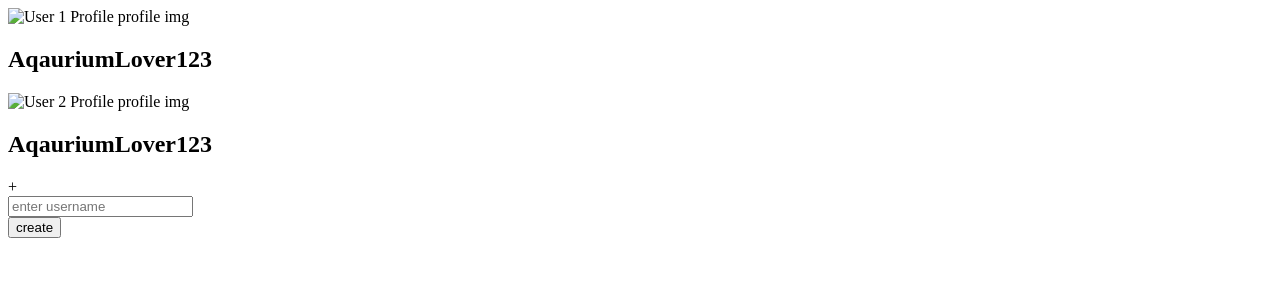
Repository: ChristopherCardoza/Web-1-AquariumManager-Final-Project-2025
Page: AquariumManager/features/profile-selection/profile-selection.html
The author's editor kept a copy of each file at every save. The page is drawn from the files as they stood at one save, then again after the next save.
The browser window is 1280 px wide. The pictures show the whole page.

Above is the page before, as saved 2025-12-23 16:21:01.

### AquariumManager/features/profile-selection/profile-selection.html
<!DOCTYPE html>
<html lang="en">
  <head>
    <meta charset="UTF-8" />
    <meta name="viewport" content="width=device-width, initial-scale=1.0" />
    <title>Profile Selection</title>
    <script
      src="https://code.jquery.com/jquery-3.7.1.min.js"
      integrity="sha256-/JqT3SQfawRcv/BIHPThkBvs0OEvtFFmqPF/lYI/Cxo="
      crossorigin="anonymous"
    ></script>
    <!-- Add styles -->
    <script type="module" defer src="profile-selection.js"></script>
  </head>
  <body>
    <!-- Modal Overlay Look -->
    <div id="profile-selection-modal" class="modal-overlay">
      <div class="profile-selection-container">
        <!-- Card 1: User 1 (Pre-setup Account) -->
        <div class="profile-card" data-profile-id="user-1">
          <div class="profile-image-container">
            <img
              id="user1-profile-img"
              class="profile-image"
              src=""
              alt="User 1 Profile"
            />
            <span class="profile-img">profile img</span>
          </div>
          <h2 class="profile-username" id="user1-username">user 1</h2>
        </div>

        <!-- Card 2: User 2 (Pre-setup Account) -->
        <div class="profile-card" data-profile-id="user-2">
          <div class="profile-image-container">
            <img
              id="user2-profile-img"
              class="profile-image"
              src=""
              alt="User 2 Profile"
            />
            <!-- Fill in images later -->
            <span class="profile-img">profile img</span>
          </div>
          <h2 class="profile-username" id="user2-username">user 2</h2>
        </div>

        <!-- Card 3: Custom User (Form) -->
        <div class="profile-card custom-user-card" id="custom-user-card">
          <div class="custom-user-form">
            <!-- Profile Picture Upload -->
            <div class="profile-image-container">
              <label for="custom-profile-pic" class="profile-upload-label">
                <img
                  id="custom-profile-preview"
                  class="profile-image"
                  src=""
                  alt="Custom Profile"
                  style="display: none"
                />
                <span class="profile-upload">
                  <span class="upload-plus-icon">+</span>
                </span>
                <input
                  type="file"
                  id="custom-profile-pic"
                  name="profilePic"
                  accept="image/*"
                  style="display: none"
                />
              </label>
            </div>
            <!-- Username Input -->
            <div class="username-input-container">
              <input
                type="text"
                id="custom-username"
                class="input username-input"
                placeholder="enter username"
                maxlength="50"
              />
            </div>

            <!-- Create Profile Button -->
            <button
              id="create-custom-profile-btn"
              class="btn btn-primary create-profile-btn"
            >
              create
            </button>
          </div>
        </div>
      </div>
    </div>
  </body>
</html>

### AquariumManager/features/profile-selection/profile-selection.js
import { user1, user2, ProfileById } from "../../constants/profiles.js";

function InitializeProfiles() {
  $("#user1-username").text(user1.username);
  if (user1.profilePic) {
    $("#user1-profile-img").attr("src", user1.profilePic).show();
    $('.profile-card[data-profile-id="user-1"] .profile-img').hide();
  }

  $("#user2-username").text(user2.username);
  if (user2.profilePic) {
    $("#user2-profile-img").attr("src", user2.profilePic).show();
    $('.profile-card[data-profile-id="user-2"] .profile-img').hide();
  }
}


function saveProfileToLocalStorage(profile) {
    try {
        localStorage.setItem('selectedProfile', JSON.stringify(profile));
        console.log('Profile saved to localStorage:', profile.id);
    } catch (error) {
        console.error('Error saving profile to localStorage:', error);
        alert('Error saving profile. Please try again.');
    }
}

function navigateToTankManager() {
    window.location.href = '../tank-manager/tank-manager.html';
}

$(document).ready(function(){

    InitializeProfiles();
    $(document).on('click', '.profile-card[data-profile-id]', function() {
        const profileId = $(this).data('profile-id');

    });


});

 function handleProfilePictureUpload(file) {
    if (!file) {
        return;
    }


    if (!file.type.startsWith('image/')) {
        alert('Please select an image file.');
        return;
    }


    if (file.size > 5 * 1024 * 1024) {
        alert('Image size must be less than 5MB.');
        return;
    }


    const reader = new FileReader();

    reader.onload = function(e) {
        const imageUrl = e.target.result;
        $('#custom-profile-preview').attr('src', imageUrl).show();
        $('.profile-upload-placeholder').hide();
    };

    reader.onerror = function() {
        alert('Error reading image file.');
    };

    reader.readAsDataURL(file);
}


function selectPreSetupProfile(profileId) {
    const profile = ProfileById(profileId);

    if (!profile) {
        console.error('Profile not found:', profileId);
        return;
    }

    saveProfileToLocalStorage(profile);
    navigateToTankManager();
}

### AquariumManager/constants/profiles.js
const user1 = {
  id: "user-1",
  username: "AqauriumLover123",
  profilePic: "", // add pic url here later
  tanks: [
    {
      id: "tank-1-1", // might add more tanks later
      name: "My lovely aquarium",
      size: 20,
      temperature: 80,
      ph: 7,
      gh: 6,
      image: "", // put the same tank pic here as what i had for figma
      // add fish
    },
  ],
};

const user2 = {
  id: "user-2",
  username: "AqauriumLover123",
  profilePic: "", // add pic url here later
  tanks: [
    {
      id: "tank-2-1",
      name: "guppy fry tank",
      size: 10,
      temperature: 80,
      ph: 7.4,
      gh: 6,
      image: "", // put the same tank pic here as what i had for figma
      // add fish
    },
  ],
};

export { user1, user2 };

export function ProfileById(id) {
  if (id == "user-1") {
    return user1;
  }
  if (id == "user-2") {
    return user2;
  }

  return null;
}

After the next save:
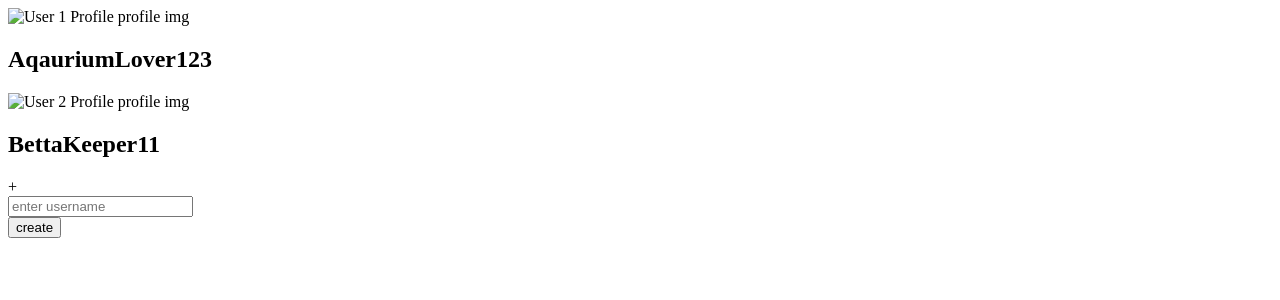
Saved 58 min 16 s later.
--- a/AquariumManager/constants/profiles.js
+++ b/AquariumManager/constants/profiles.js
@@ -18,7 +18,7 @@ const user1 = {
 
 const user2 = {
   id: "user-2",
-  username: "AqauriumLover123",
+  username: "BettaKeeper11",
   profilePic: "", // add pic url here later
   tanks: [
     {
